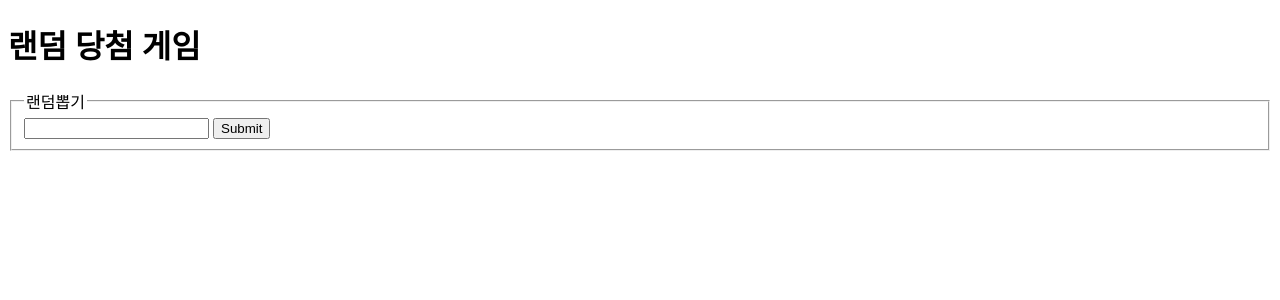
Repository: songhak1226/Web_Server
Page: Ex04Object/src/main/webapp/Ex02createInput.html
The author's editor kept a copy of each file at every save. The page is drawn from the files as they stood at one save, then again after the next save.
The browser window is 1280 px wide. The pictures show the whole page.

Above is the page before, as saved 2023-05-16 09:24:48.

After the next save:
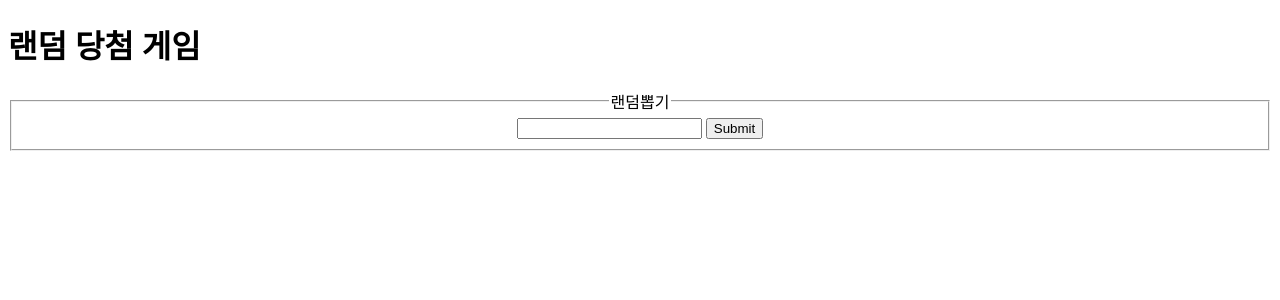
Saved 9 s later.
--- a/Ex04Object/src/main/webapp/Ex02createInput.html
+++ b/Ex04Object/src/main/webapp/Ex02createInput.html
@@ -6,7 +6,7 @@
 </head>
 <body>
 	<h1>랜덤 당첨 게임</h1>
-	<fieldset>
+	<fieldset align="center">
 		<legend>랜덤뽑기</legend>
 		<form action="Ex02createInput.jsp">
 			<input type="text" name="number"> <input type="submit"
